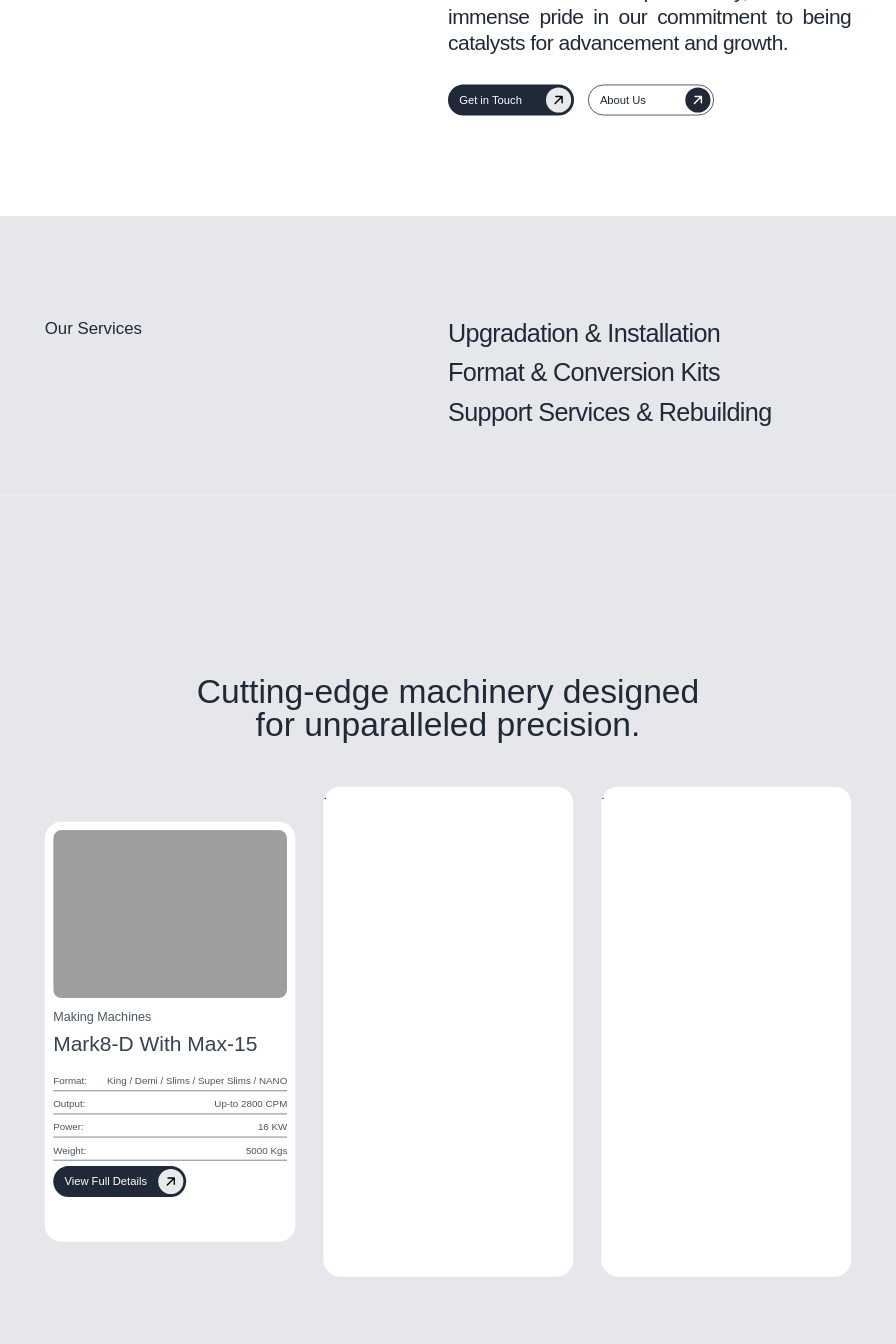
Repository: vespersolutionspk18/microtexwebsite
Page: /
These files come from the project's save history. The page is drawn as it stood at one moment and after the next save; the edit follows.
The browser window is 1280 px wide. The pictures show the part of the page from y = 1207 to 3127 px (the page is 3127 px tall), at 70% of full size.
Pictures or frames that could not be fetched are drawn as grey boxes. Some web fonts or font styles are not loaded; a fallback is used. The project was rebuilt for these pictures with package versions that can differ from the ones it lists, and the page was loaded fresh each time. The framework's server and built-in components were replaced by stand-ins that run in the browser. Also part of the build but not shown: next.config.mjs.

Above is the page before, as saved 2024-11-18 21:59:06.

After the next save:
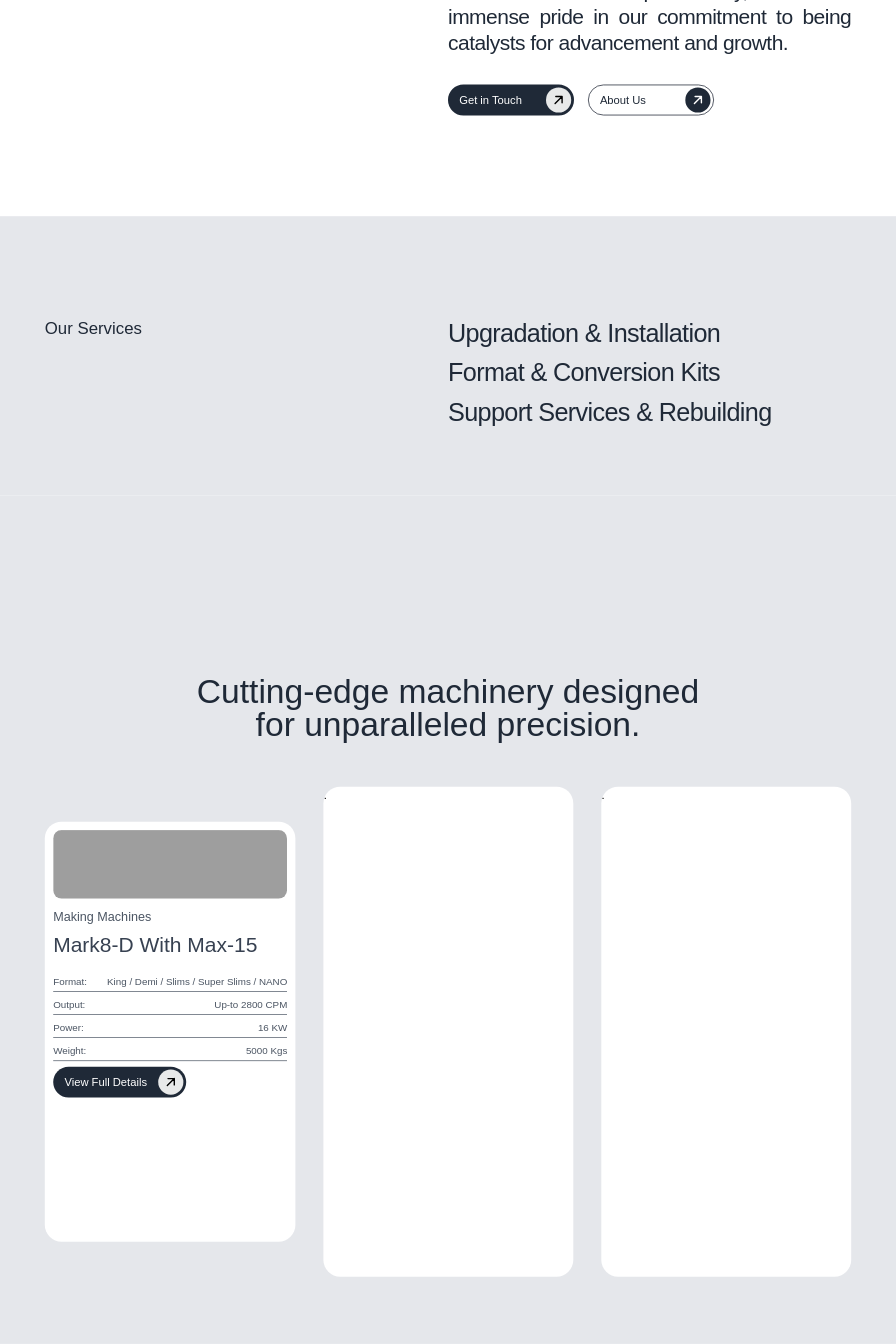
Saved 29 s later.
--- a/app/OurMachines.tsx
+++ b/app/OurMachines.tsx
@@ -33,6 +33,7 @@
         <h5 className="text-gray-600 text-sm font-light">5000 Kgs</h5>
     </div>
     <Separator className="bg-gray-600 mt-1 mb-2" />
+    <div className="h-full flex align-bottom">
     <div id="button"
   className="group  bg-gray-800 h-[44px] flex-row  text-white text-[16px] py-1 px-1 font-light rounded-full hidden md:flex items-center justify-between w-[190px] transition-width duration-500 ease-in-out  hover:w-[215px] hover:bg-mcred"
 
@@ -42,6 +43,7 @@
     <ButtonArrow className="h-[24px] w-[24px]" />
   </div>
                 </div>
+    </div>
 
     </div>
     <div className="h-[700px] w-1/3 bg-white rounded-3xl flex flex-col">.</div>

After the save that followed:
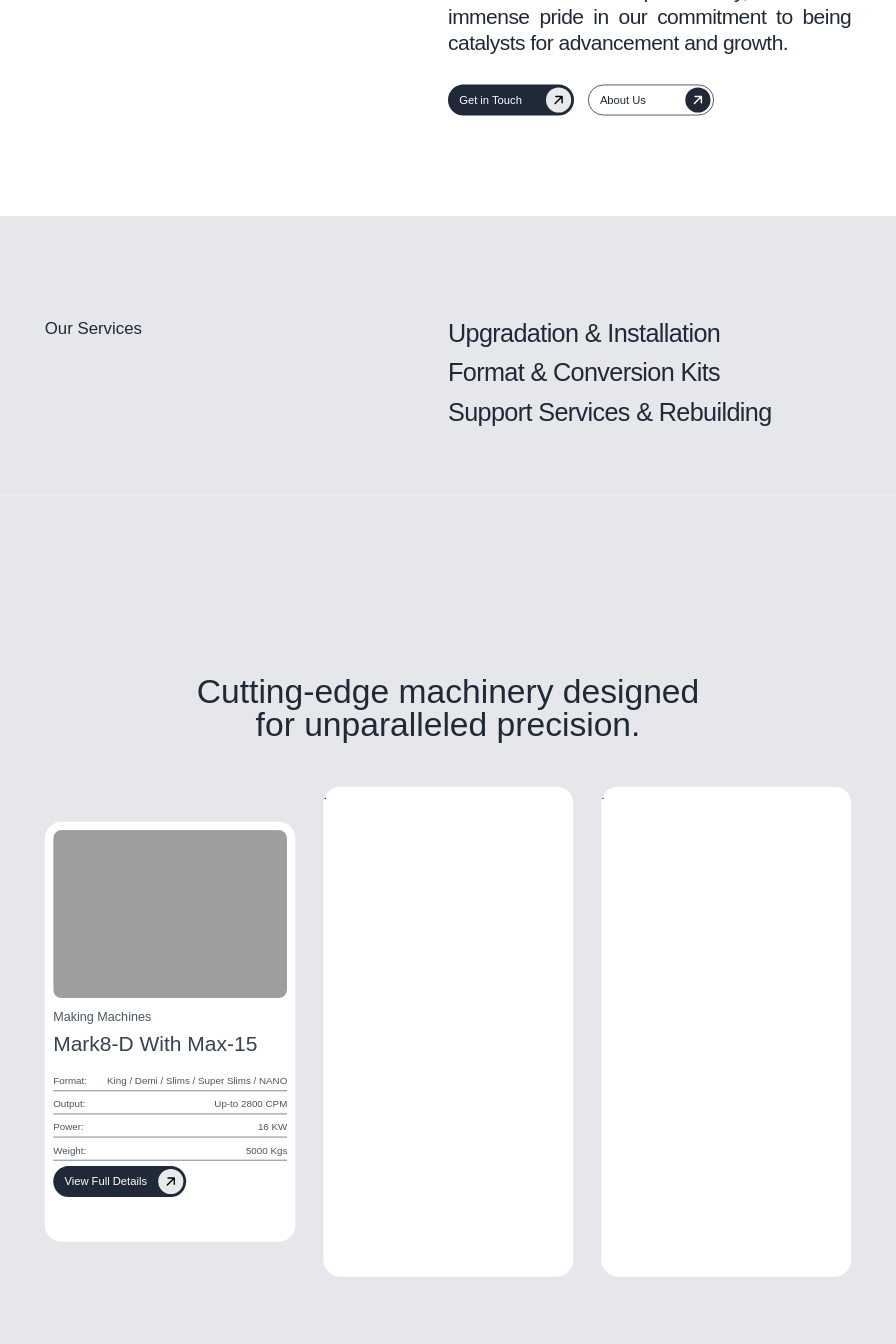
Saved 9 s later.
--- a/app/OurMachines.tsx
+++ b/app/OurMachines.tsx
@@ -33,7 +33,6 @@
         <h5 className="text-gray-600 text-sm font-light">5000 Kgs</h5>
     </div>
     <Separator className="bg-gray-600 mt-1 mb-2" />
-    <div className="h-full flex align-bottom">
     <div id="button"
   className="group  bg-gray-800 h-[44px] flex-row  text-white text-[16px] py-1 px-1 font-light rounded-full hidden md:flex items-center justify-between w-[190px] transition-width duration-500 ease-in-out  hover:w-[215px] hover:bg-mcred"
 
@@ -43,7 +42,6 @@
     <ButtonArrow className="h-[24px] w-[24px]" />
   </div>
                 </div>
-    </div>
 
     </div>
     <div className="h-[700px] w-1/3 bg-white rounded-3xl flex flex-col">.</div>
